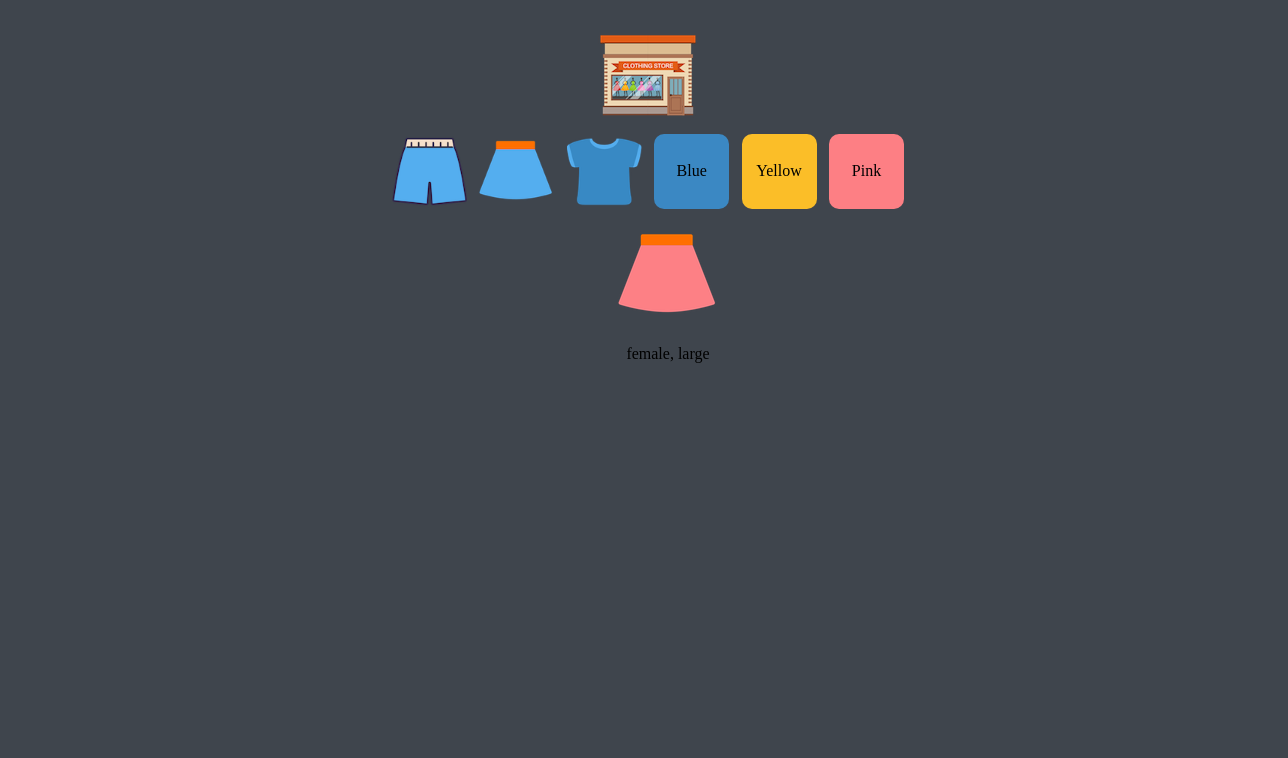
Repository: Jay-JYKim91/elle-shopping-mall
Page: index.html
An editor plug-in stored every save of this project. The page is shown before and after the next save, followed by the edit.
The browser window is 1280 px wide. The page is 1288 px wide, so the pictures cover 1288 px, including what lies to the right of the window. The pictures show the whole page.

Above is the page before, as saved 2021-07-26 19:38:18.

### index.html
<!DOCTYPE html>
<html lang="en">
  <head>
    <meta charset="UTF-8" />
    <meta name="viewport" content="width=device-width, initial-scale=1.0" />
    <title>Online Shopping</title>
    <link rel="stylesheet" href="style.css" />
    <script src="src/main.js" defer></script>
  </head>
  <body>
    <div class="container">
      <div class="logo">
        <img src="./img/logo.png" alt="logo">
      </div>
      <div class="options">
        <img src="./img/blue_p.png" alt="blue pants">
        <img src="./img/blue_s.png" alt="blue skirt">
        <img src="./img/blue_t.png" alt="blue t-shirt">
        <div class="color-box blue"><p>Blue</p></div>
        <div class="color-box yellow"><p>Yellow</p></div>
        <div class="color-box pink"><p>Pink</p></div>
      </div>
      <div class="lists">
        <ul>
          <li class="list">
            <img src="./img/pink_s.png" alt="">
            <div class="description">
              <p>female, large</p>
            </div>
          </li>
        </ul>
      </div>
    </div>
  </body>
</html>

### style.css
:root {
  /* color */
  --color-black: #3f454d;
  --color-white: #ffffff;
  --color-blue: #3b88c3;
  --color-yellow: #fbbe28;
  --color-pink: #fd7f84;
  --color-light-grey: #dfdfdf;
}

* {
  box-sizing: border-box;
}
body {
  background-color: var(--color-black);
  height: 100vh;
  width: 100vw;
}
.container {
  text-align: center;
  width: 40vw;
  height: 70vh;
  margin: 30px auto;
}
.options {
  display: flex;
  justify-content: space-between;
}
.options img {
  width: 75px;
  height: 75px;
}
.color-box {
  width: 75px;
  height: 75px;
  text-align: center;
  border-radius: 10px;
}
.color-box p {
  margin: 28px 0;
}
.blue {
  background-color: var(--color-blue);
}
.yellow {
  background-color: var(--color-yellow);
}
.pink {
  background-color: var(--color-pink);
}
.lists {
  overflow-y: scroll;
}
ul {
  list-style: none;
}

Loaded but not shown: src/main.js (no copy from this time; the picture is the same without it)

After the next save:
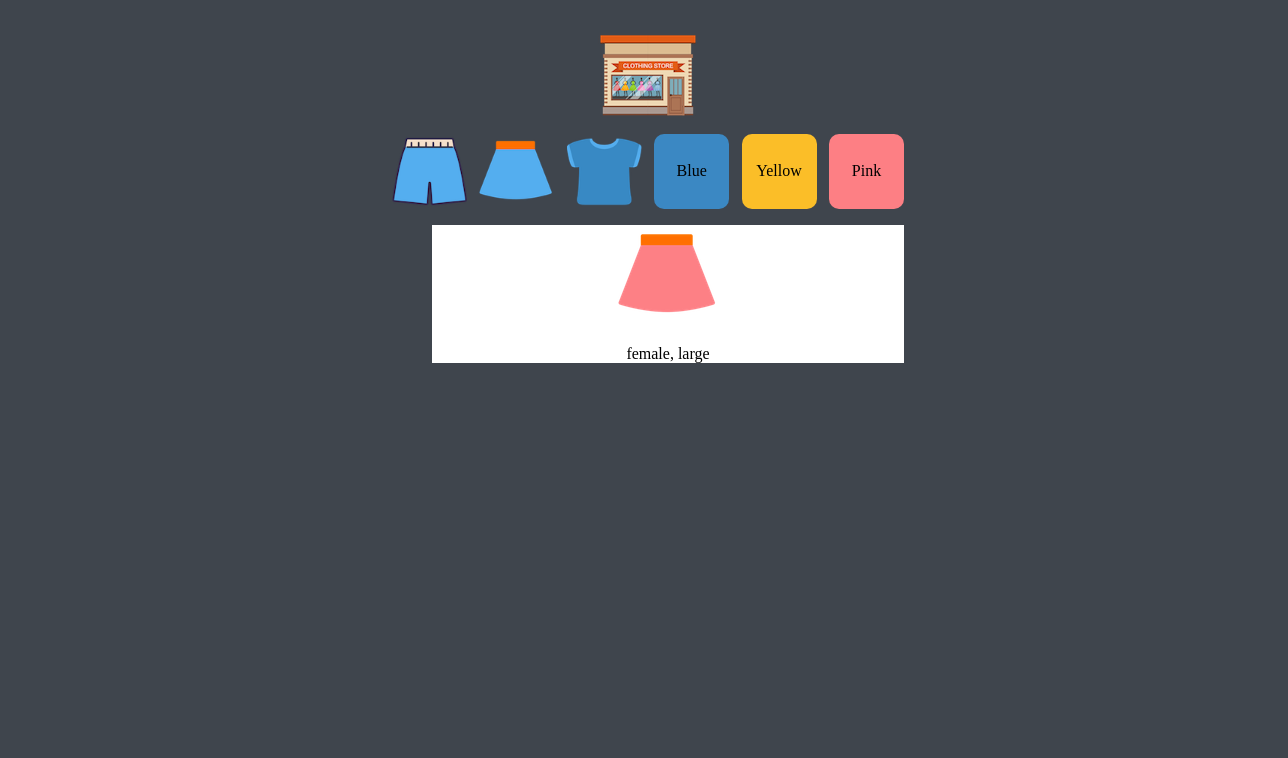
Saved 19 s later.
--- a/style.css
+++ b/style.css
@@ -54,3 +54,6 @@ body {
 ul {
   list-style: none;
 }
+.list {
+  background-color: var(--color-white);
+}
